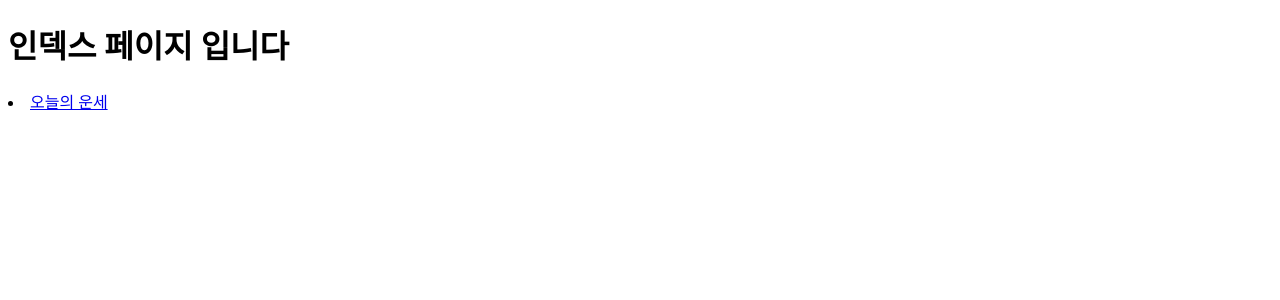
Repository: raehui/web_work
Page: Step01Servlet/src/main/webapp/index.html
These files come from the project's save history. The page is drawn as it stood at one moment and after the next save; the edit follows.
The browser window is 1280 px wide. The pictures show the whole page.

Above is the page before, as saved 2025-01-03 04:13:03.

### Step01Servlet/src/main/webapp/index.html
<!DOCTYPE html>
<html>
<head>
<meta charset="UTF-8">
<title>index.html</title>
</head>
<body>
	<div class="container">
		<h1>인덱스 페이지 입니다</h1>
		<ui>
			<li><a href="fortune">오늘의 운세</a></li>
		</ui>
	</div>
</body>
</html>

After the next save:
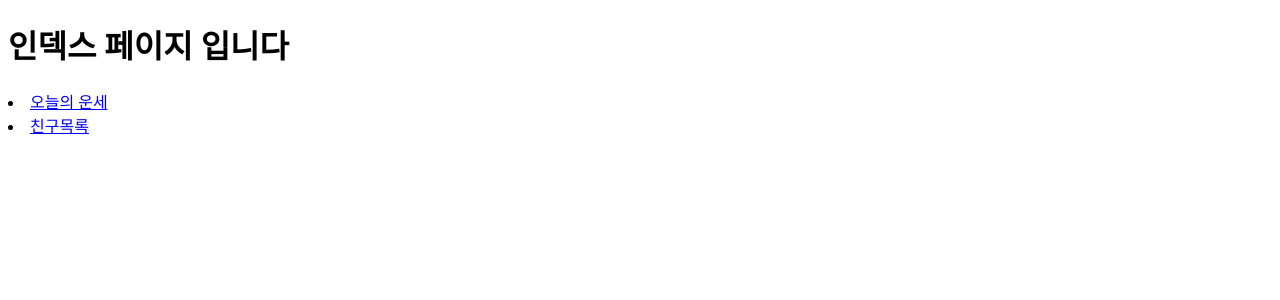
Saved 83 min 50 s later.
--- a/Step01Servlet/src/main/webapp/index.html
+++ b/Step01Servlet/src/main/webapp/index.html
@@ -9,6 +9,7 @@
 		<h1>인덱스 페이지 입니다</h1>
 		<ui>
 			<li><a href="fortune">오늘의 운세</a></li>
+			<li><a href="friends">친구목록</a></li>
 		</ui>
 	</div>
 </body>
